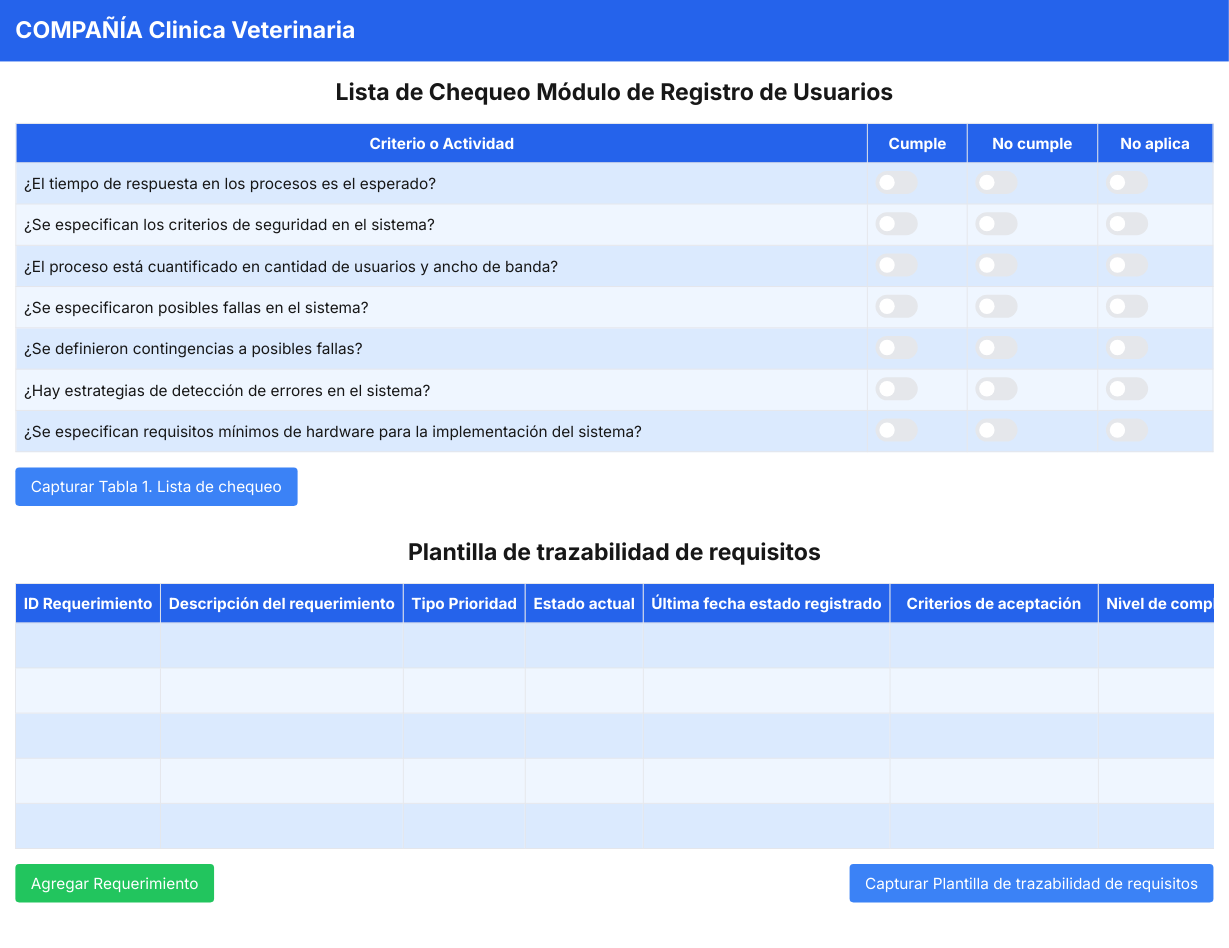
Repository: CiroAlfa/lista-de-Chequeo
Page: /
These files come from the project's save history. The page is drawn as it stood at one moment and after the next save; the edit follows.
The browser window is 1280 px wide. The pictures show the whole page, at 96% of full size.
The project was rebuilt for these pictures with package versions that can differ from the ones it lists, and the page was loaded fresh each time. The framework's server and built-in components were replaced by stand-ins that run in the browser. Also part of the build but not shown: next.config.mjs.

Above is the page before, as saved 2024-09-27 13:22:45.

After the next save:
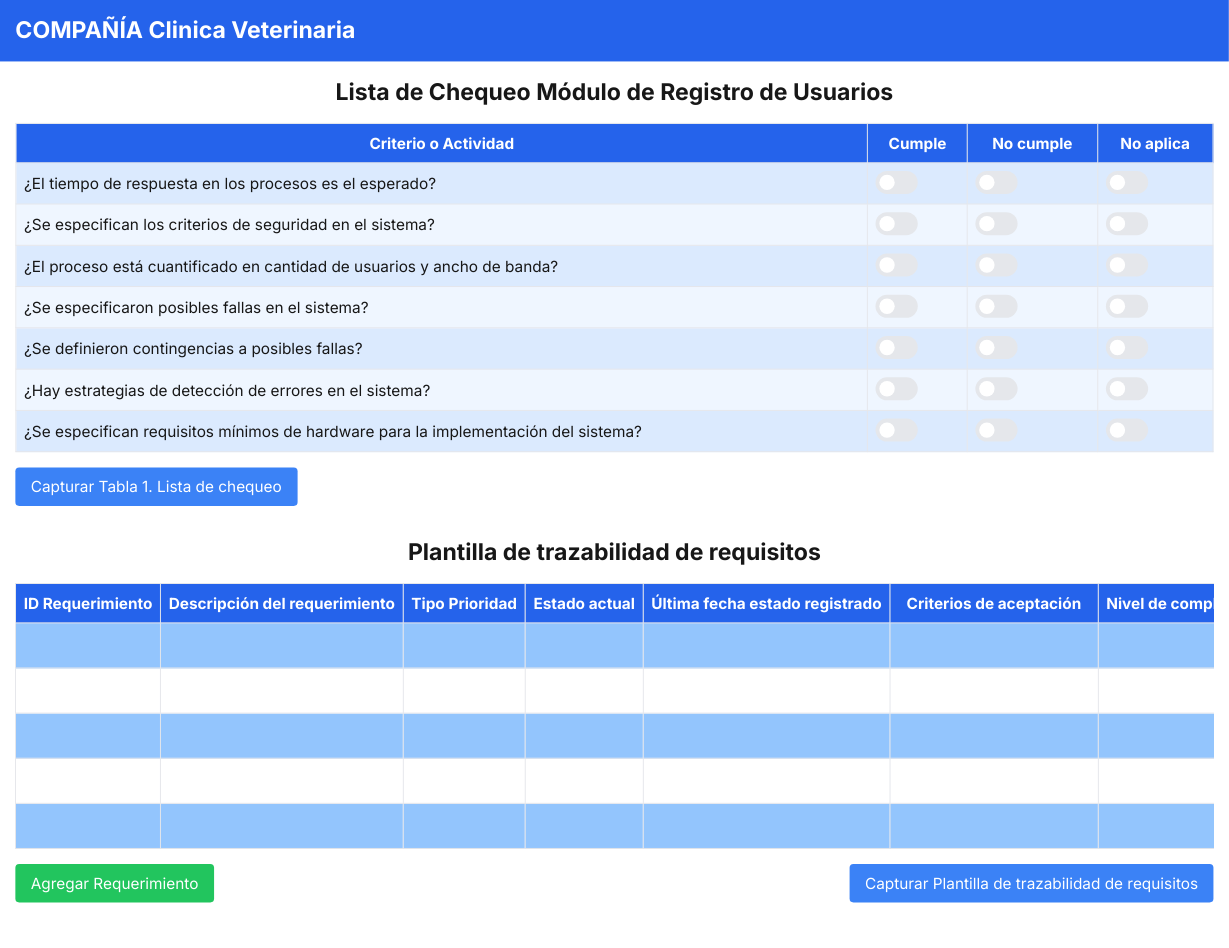
Saved 79 s later.
--- a/src/app/page.tsx
+++ b/src/app/page.tsx
@@ -176,7 +176,7 @@ export default function Home() {
             </thead>
             <tbody>
               {requirements.map((item, index) => (
-                <tr key={index} className={index % 2 === 0 ? 'bg-blue-100' : 'bg-blue-50'}>
+                <tr key={index} className={index % 2 === 0 ? 'bg-blue-300' : 'bg-blue-250'}>
                   <td className="border p-2">
                     <input
                       type="text"
